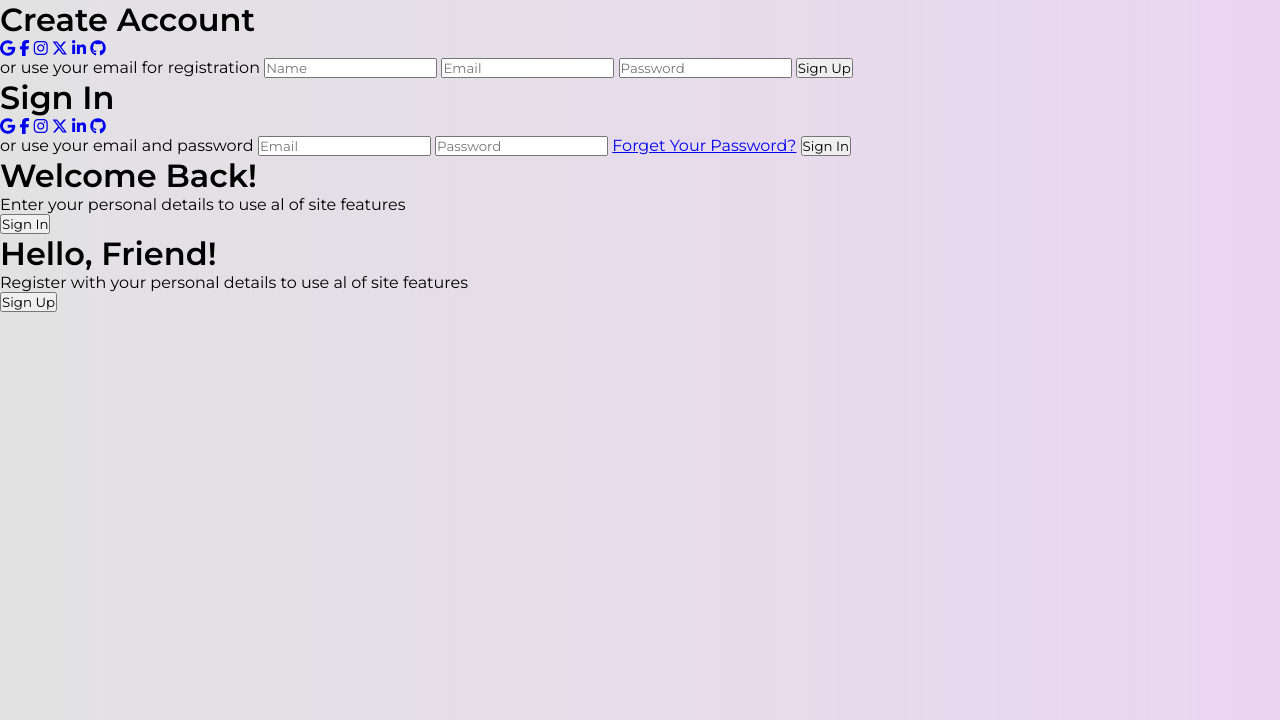
Repository: DevMike1993/Animated_Login_Page
Page: index.html
An editor plug-in stored every save of this project. The page is shown before and after the next save, followed by the edit.
The browser window is 1280 px wide. The pictures show the whole page.

Above is the page before, as saved 2023-12-17 19:52:13.

### index.html
<!DOCTYPE html>
<html lang="en">
<head>
    <meta charset="UTF-8">
    <meta name="viewport" content="width=device-width, initial-scale=1.0">
    <link rel="stylesheet" href="https://cdnjs.cloudflare.com/ajax/libs/font-awesome/6.5.1/css/all.min.css">
    <link rel="stylesheet" href="style.css">
    <title>Animated Login Page</title>
</head>
<body>

    <div class="container" id="container">
        <div class="form-container sign-up">
            <form>
                <h1>Create Account</h1>
                <div class="social-icons">
                    <a href="#" class="icon"><i class="fa-brands fa-google"></i></a>
                    <a href="#" class="icon"><i class="fa-brands fa-facebook-f"></i></a>
                    <a href="#" class="icon"><i class="fa-brands fa-instagram"></i></a>
                    <a href="#" class="icon"><i class="fa-brands fa-x-twitter"></i></a>
                    <a href="#" class="icon"><i class="fa-brands fa-linkedin-in"></i></a>
                    <a href="#" class="icon"><i class="fa-brands fa-github"></i></a>
                </div>
                <span>or use your email for registration</span>
                <input type="text" placeholder="Name">
                <input type="email" placeholder="Email">
                <input type="password" placeholder="Password">
                <button>Sign Up</button>
            </form>
        </div>
        <div class="form-container sign-in">
            <form>
                <h1>Sign In</h1>
                <div class="social-icons">
                    <a href="#" class="icon"><i class="fa-brands fa-google"></i></a>
                    <a href="#" class="icon"><i class="fa-brands fa-facebook-f"></i></a>
                    <a href="#" class="icon"><i class="fa-brands fa-instagram"></i></a>
                    <a href="#" class="icon"><i class="fa-brands fa-x-twitter"></i></a>
                    <a href="#" class="icon"><i class="fa-brands fa-linkedin-in"></i></a>
                    <a href="#" class="icon"><i class="fa-brands fa-github"></i></a>
                </div>
                <span>or use your email and password</span>
                <input type="email" placeholder="Email">
                <input type="password" placeholder="Password">
                <a href="#">Forget Your Password?</a>
                <button>Sign In</button>
            </form>
        </div>
        <div class="toggle-container">
            <div class="toggle">
                <div class="toggle-panel toggle-left">
                    <h1>Welcome Back!</h1>
                    <p>Enter your personal details to use al of site features</p>
                    <button class="hiden" id="login">Sign In</button>
                </div>
                <div class="toggle-panel toggle-right">
                    <h1>Hello, Friend!</h1>
                    <p>Register with your personal details to use al of site features</p>
                    <button class="hiden" id="register">Sign Up</button>
                </div>
            </div>
        </div>
    </div>

    <script src="script.js"></script>
</body>
</html>

### style.css
@import url('https://fonts.googleapis.com/css2?family=Montserrat:ital,wght@0,200;0,300;0,400;0,500;0,600;1,200;1,300&family=Poppins&display=swap');

*{
    margin: 0;
    padding: 0;
    box-sizing: border-box;
    font-family: "Montserrat", sans-serif;
}

body{
    background-color: #c9d6ff;
    background: linear-gradient(to right, #e2e2e2, #c9d6);
}

Loaded but not shown: script.js (no copy from this time; the picture is the same without it)

After the next save:
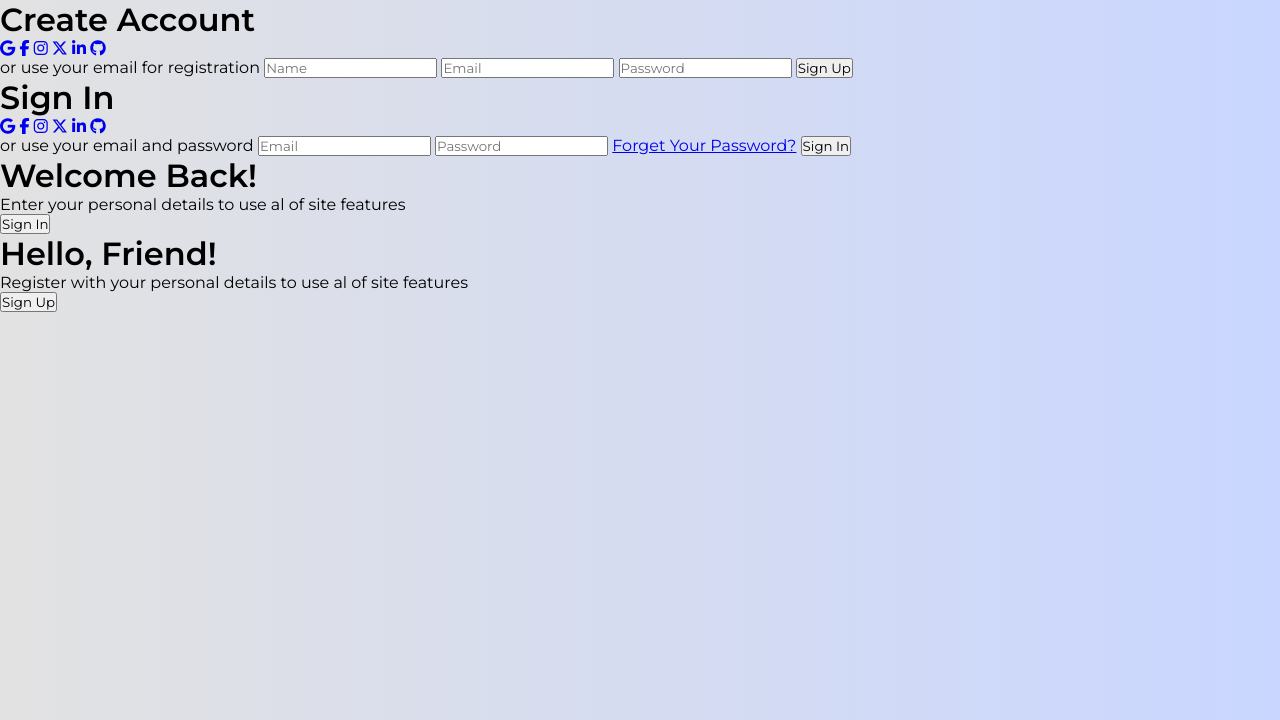
Saved 4 s later.
--- a/style.css
+++ b/style.css
@@ -9,5 +9,5 @@
 
 body{
     background-color: #c9d6ff;
-    background: linear-gradient(to right, #e2e2e2, #c9d6);
+    background: linear-gradient(to right, #e2e2e2, #c9d6ff);
 }
